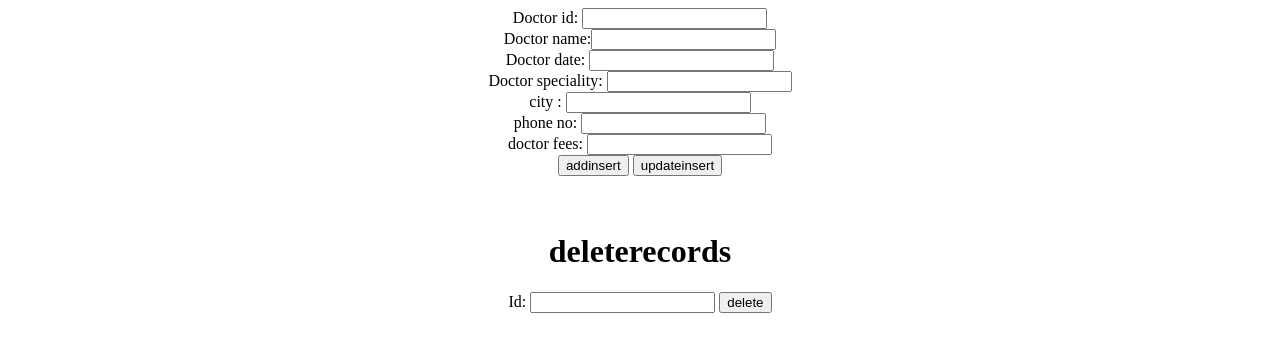
Repository: poobalan5397/corejava
Page: firstWebsite/src/main/webapp/adddoctor.html
An editor plug-in stored every save of this project. The page is shown before and after the next save, followed by the edit.
The browser window is 1280 px wide. The pictures show the whole page.

Above is the page before, as saved 2022-05-23 11:52:44.

After the next save:
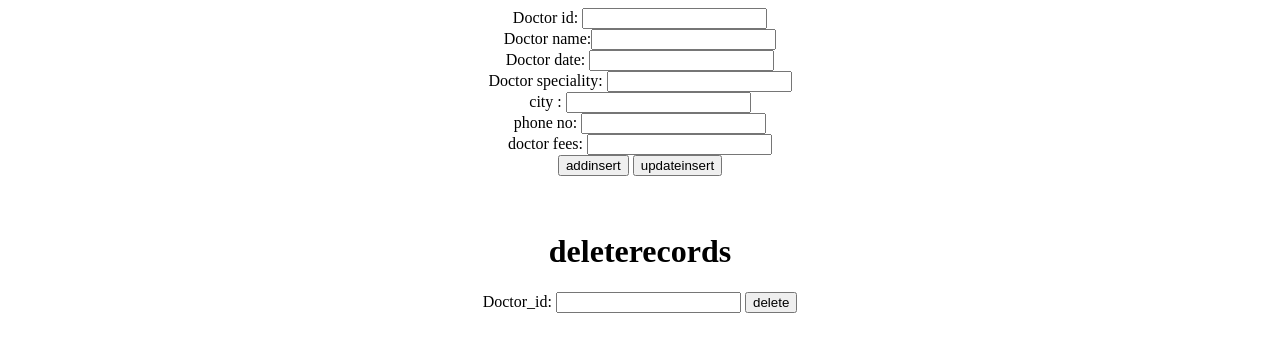
Saved 3 min 6 s later.
--- a/firstWebsite/src/main/webapp/adddoctor.html
+++ b/firstWebsite/src/main/webapp/adddoctor.html
@@ -25,7 +25,7 @@
 				type='submit' value='updateinsert' name='submit'> <br>
 			<br> <br>
 			<h1>deleterecords</h1>
-			Id: <input type='text' name='did'>
+			Doctor_id: <input type='text' name='id' >
 			<input type='submit'  value='delete' name='submit'>
 		</center>
 	</form>
